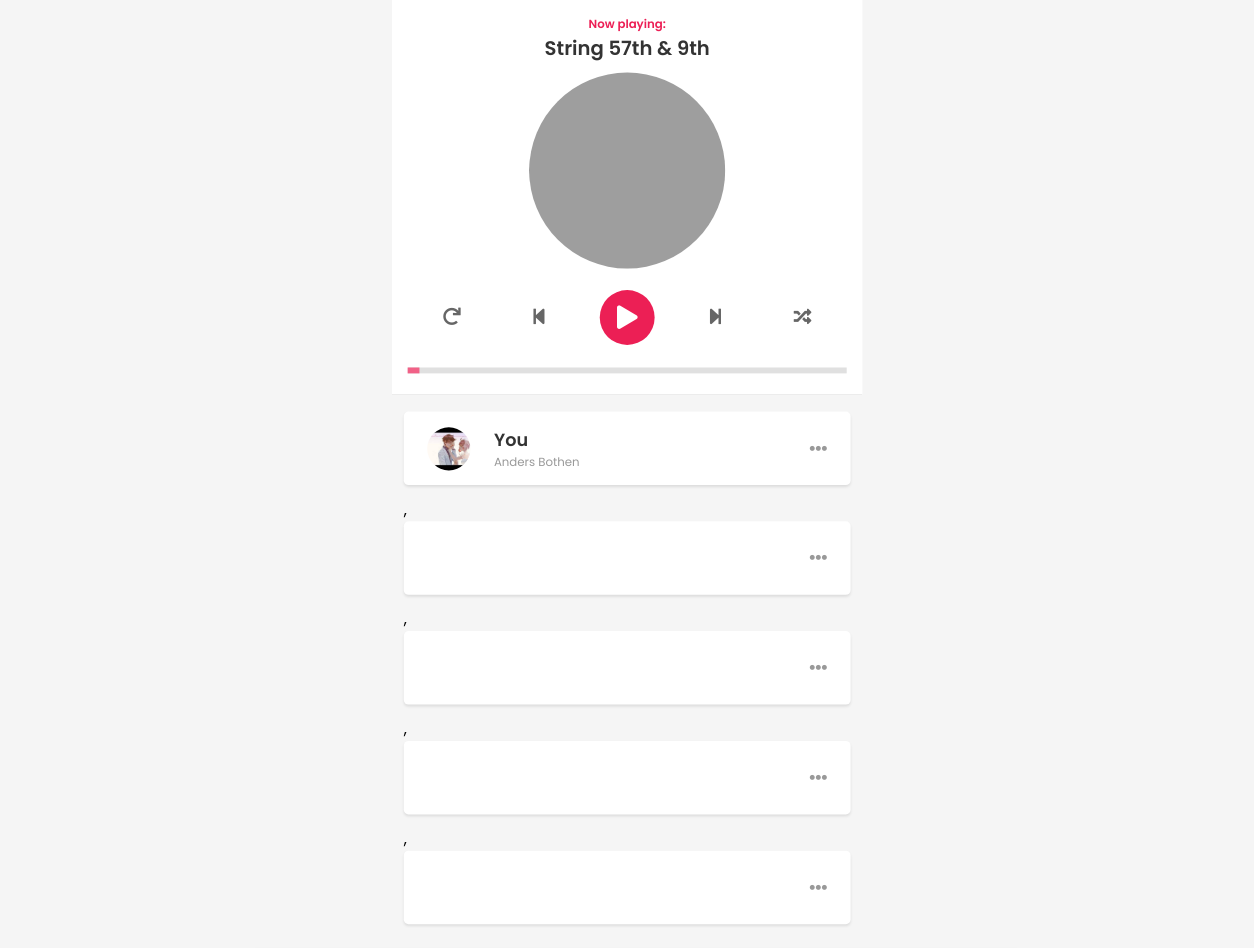
Repository: tongdkhai/Music-Player-
Page: index.html
An editor plug-in stored every save of this project. The page is shown before and after the next save, followed by the edit.
The browser window is 1280 px wide. The pictures show the whole page, at 98% of full size.
Pictures or frames that could not be fetched are drawn as grey boxes.

Above is the page before, as saved 2022-09-25 21:46:24.

### index.html
<!DOCTYPE html>
<html lang="en">
<head>
    <meta charset="UTF-8">
    <meta http-equiv="X-UA-Compatible" content="IE=edge">
    <meta name="viewport" content="width=device-width, initial-scale=1.0">
    <link rel="stylesheet" href="https://cdnjs.cloudflare.com/ajax/libs/font-awesome/5.15.2/css/all.min.css" integrity="sha512-HK5fgLBL+xu6dm/Ii3z4xhlSUyZgTT9tuc/hSrtw6uzJOvgRr2a9jyxxT1ely+B+xFAmJKVSTbpM/CuL7qxO8w==" crossorigin="anonymous" />
    <link rel="preconnect" href="https://fonts.gstatic.com">
    <link href="https://fonts.googleapis.com/css2?family=Poppins:wght@300;400;600&display=swap" rel="stylesheet">
    <link rel="stylesheet" href="./assets/css/style.css">
    <title>Music Player</title>
</head>
<body>
    <div class="player">
  <!-- Dashboard -->
  <div class="dashboard">
    <!-- Header -->
    <header>
      <h4>Now playing:</h4>
      <h2>String 57th & 9th</h2>
    </header>

    <!-- CD -->
    <div class="cd">
      <div class="cd-thumb" style="background-image: url('https://i.ytimg.com/vi/jTLhQf5KJSc/maxresdefault.jpg')">
      </div>
    </div>

    <!-- Control -->
    <div class="control">
      <div class="btn btn-repeat">
        <i class="fas fa-redo"></i>
      </div>
      <div class="btn btn-prev">
        <i class="fas fa-step-backward"></i>
      </div>
      <div class="btn btn-toggle-play">
        <i class="fas fa-pause icon-pause"></i>
        <i class="fas fa-play icon-play"></i>
      </div>
      <div class="btn btn-next">
        <i class="fas fa-step-forward"></i>
      </div>
      <div class="btn btn-random">
        <i class="fas fa-random"></i>
      </div>
    </div>

    <input id="progress" class="progress" type="range" value="0" step="1" min="0" max="100">

    <audio id="audio" src=""></audio>
  </div>

  <!-- Playlist -->
  <div class="playlist">

  </div>
</div>

    <script>
        const $ = document.querySelector.bind(document)
        const $$ = document.querySelectorAll.bind(document)

        const playlist = $('.playlist')

        const app = {
            songs: [
            {
                name: 'You',
                singer: 'Anders Bothen',
                path: './assets/path/You_by_Anders_Bothén_feat_Matilda_Gustafsson[YTMp3.watch].mp3',
                image: './assets/image/you.jfif'
            },
            {
                name: '',
                singer: '',
                path: '',
                image: ''
            },
            {
                name: '',
                singer: '',
                path: '',
                image: ''
            },
            {
                name: '',
                singer: '',
                path: '',
                image: ''
            },
            {
                name: '',
                singer: '',
                path: '',
                image: ''
            }
        ],
            render: function() {
                const htmls = this.songs.map(song => {
                    return `
                    <div class="song">
                        <div class="thumb" style="background-image: url('${song.image}')">
                        </div>
                        <div class="body">
                            <h3 class="title">${song.name}</h3>
                            <p class="author">${song.singer}</p>
                        </div>
                        <div class="option">
                            <i class="fas fa-ellipsis-h"></i>
                        </div>
                    </div>
                    `
                })
                playlist.innerHTML = htmls
            },
            start: function() {
                this.render()
            }
        }

        app.start()

    </script>
</body>
</html>

### assets/css/style.css
:root {
  --primary-color: #ec1f55;
  --text-color: #333;
}

* {
  padding: 0;
  margin: 0;
  box-sizing: inherit;
}

body {
  background-color: #f5f5f5;
}

html {
  box-sizing: border-box;
  font-family: "Poppins", sans-serif;
}

.player {
  position: relative;
  max-width: 480px;
  margin: 0 auto;
}

.player .icon-pause {
  display: none;
}

.player.playing .icon-pause {
  display: inline-block;
}

.player.playing .icon-play {
  display: none;
}

.dashboard {
  padding: 16px 16px 14px;
  background-color: #fff;
  position: fixed;
  top: 0;
  width: 100%;
  max-width: 480px;
  border-bottom: 1px solid #ebebeb;
}

/* HEADER */
header {
  text-align: center;
  margin-bottom: 10px;
}

header h4 {
  color: var(--primary-color);
  font-size: 12px;
}

header h2 {
  color: var(--text-color);
  font-size: 20px;
}

/* CD */
.cd {
  display: flex;
  margin: auto;
  width: 200px;
}

.cd-thumb {
  width: 100%;
  padding-top: 100%;
  border-radius: 50%;
  background-color: #333;
  background-size: cover;
  margin: auto;
}

/* CONTROL */
.control {
  display: flex;
  align-items: center;
  justify-content: space-around;
  padding: 18px 0 8px 0;
}

.control .btn {
  color: #666;
  padding: 18px;
  font-size: 18px;
}

.control .btn.active {
  color: var(--primary-color);
}

.control .btn-toggle-play {
  width: 56px;
  height: 56px;
  border-radius: 50%;
  font-size: 24px;
  color: #fff;
  display: flex;
  align-items: center;
  justify-content: center;
  background-color: var(--primary-color);
}

.progress {
  width: 100%;
  -webkit-appearance: none;
  height: 6px;
  background: #d3d3d3;
  outline: none;
  opacity: 0.7;
  -webkit-transition: 0.2s;
  transition: opacity 0.2s;
}

.progress::-webkit-slider-thumb {
  -webkit-appearance: none;
  appearance: none;
  width: 12px;
  height: 6px;
  background-color: var(--primary-color);
  cursor: pointer;
}

/* PLAYLIST */
.playlist {
  margin-top: 408px;
  padding: 12px;
}

.song {
  display: flex;
  align-items: center;
  margin-bottom: 12px;
  background-color: #fff;
  padding: 8px 16px;
  border-radius: 5px;
  box-shadow: 0 2px 3px rgba(0, 0, 0, 0.1);
}

.song.active {
  background-color: var(--primary-color);
}

.song:active {
  opacity: 0.8;
}

.song.active .option,
.song.active .author,
.song.active .title {
  color: #fff;
}

.song .thumb {
  width: 44px;
  height: 44px;
  border-radius: 50%;
  background-size: cover;
  margin: 0 8px;
}

.song .body {
  flex: 1;
  padding: 0 16px;
}

.song .title {
  font-size: 18px;
  color: var(--text-color);
}

.song .author {
  font-size: 12px;
  color: #999;
}

.song .option {
  padding: 16px 8px;
  color: #999;
  font-size: 18px;
}

After the next save:
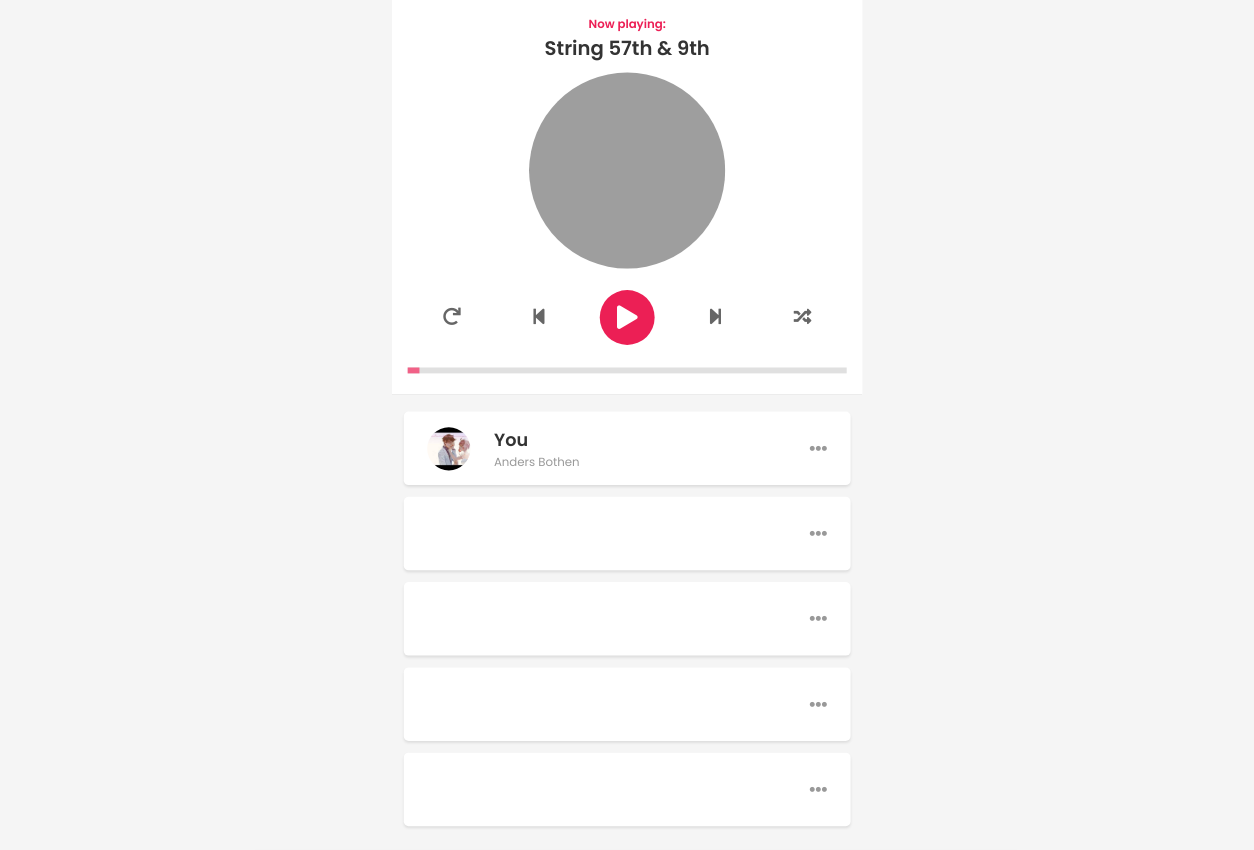
Saved 4 min 41 s later.
--- a/index.html
+++ b/index.html
@@ -112,7 +112,7 @@
                     </div>
                     `
                 })
-                playlist.innerHTML = htmls
+                playlist.innerHTML = htmls.join('')
             },
             start: function() {
                 this.render()
